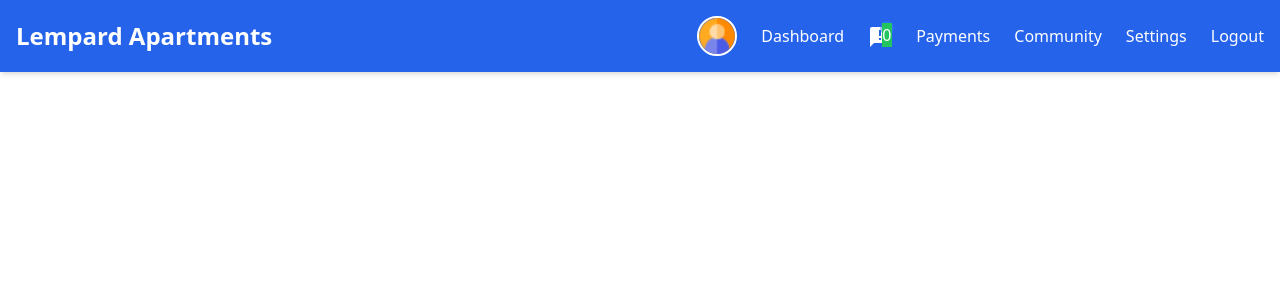
Repository: makanda596/system
Page: /home (app in client/)
These files come from the project's save history. The page is drawn as it stood at one moment and after the next save; the edit follows.
The browser window is 1280 px wide. The pictures show the whole page.
The project was rebuilt for these pictures with package versions that can differ from the ones it lists, and the page was loaded fresh each time. Also part of the build but not shown: client/src/SignUpForm.jsx, client/src/LoginForm.jsx. Imported but missing from the stored project, and not drawn on this page: client/src/reportWebVitals.

Above is the page before, as saved 2024-12-03 09:27:09.

### client/src/App.js
import React from 'react';
import { BrowserRouter as Router, Route, Routes } from 'react-router-dom';
import Home from './Home.jsx'
import SignUpForm from './SignUpForm.jsx'
import LoginForm from './LoginForm.jsx'
function App() {
  return (
    <div>
      <Router>
        <Routes>
          <Route path="/signup" element={<SignUpForm />} />
          <Route path='/' element={<LoginForm />} />
          <Route path='/home' element={<Home />} />
        </Routes>
      </Router>
    </div>
  );
}

export default App;

### client/src/Home.jsx
import React from 'react';
import Navbar from '../src/componets/Navbar'
function Home() {
    return (
        <div>
            <Navbar />
        </div>
    );
}

export default Home;

### client/src/componets/Navbar.jsx
import React, { useState } from 'react';
import { Link } from 'react-router-dom';
import avatar from '../assets/avatar.png'
import AnnouncementIcon from '@mui/icons-material/Announcement';
function Navbar() {
    const handleLogout = () => {
        // Logic for logging out (e.g., clearing session data, tokens, etc.)
        window.location.href = '/login'; // Redirect to the login page after logout
    };
    let alert = 3

    return (
        <nav className="bg-blue-600 shadow-md">
            <div className="max-w-7xl mx-auto px-4 py-4 flex justify-between items-center">
                {/* Logo or Apartment Name */}
                <h1 className="text-white text-2xl font-bold">Lempard Apartments</h1>

                {/* Navbar links */}
                <div className="flex space-x-6 items-center text-white">
                    {/* Profile Picture and Profile Link */}
                    <div className="relative">
                        <img
                            src={avatar} // Replace with actual profile picture URL
                            alt=""
                            className="w-10 h-10 rounded-full border-2 border-white"
                        />
                    </div>

                    {/* Dashboard Link */}
                    <Link to="/dashboard" className="hover:text-blue-300">Dashboard</Link>
                    <div className="relative">
                        <span className="absolute top-0 right-0 inline-block w-2.5 h-2.5 rounded-full ring-2 ">
                            {alert.length > 1 ? <p className='bg-red-500 '>{alert.length} </p> : <p className='bg-green-500 ring-green'>0</p>}
                        </span>
                        <AnnouncementIcon />
                    </div>
                    {/* Payments Link */}
                    <Link to="/payments" className="hover:text-blue-300">Payments</Link>

                    {/* Community Link */}
                    <Link to="/community" className="hover:text-blue-300">Community</Link>

                    {/* Settings Link */}
                    <Link to="/settings" className="hover:text-blue-300">Settings</Link>




                    {/* Logout Button */}
                    <button onClick={handleLogout} className="hover:text-blue-300">Logout</button>
                </div>
            </div>
        </nav>
    );
}

export default Navbar;

Loaded but not shown: client/src/index.js (common file); client/src/index.css (common file); client/tailwind.config.js (common file)

After the next save:
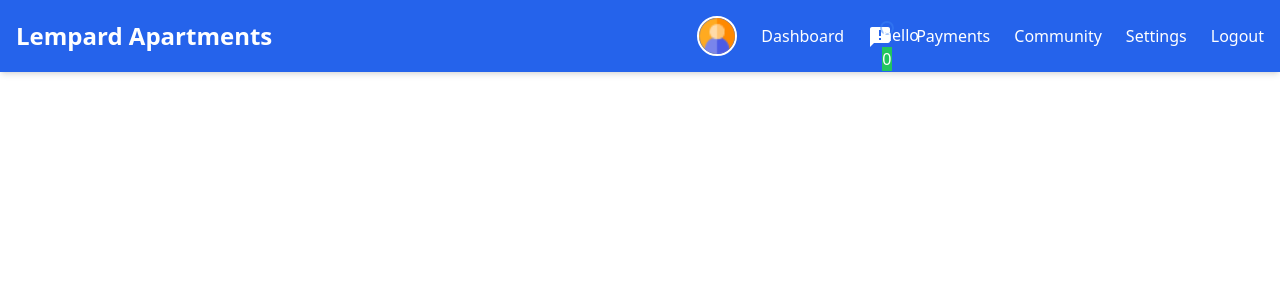
Saved 52 s later.
--- a/client/src/componets/Navbar.jsx
+++ b/client/src/componets/Navbar.jsx
@@ -30,7 +30,7 @@
                     <Link to="/dashboard" className="hover:text-blue-300">Dashboard</Link>
                     <div className="relative">
                         <span className="absolute top-0 right-0 inline-block w-2.5 h-2.5 rounded-full ring-2 ">
-                            {alert.length > 1 ? <p className='bg-red-500 '>{alert.length} </p> : <p className='bg-green-500 ring-green'>0</p>}
+                            hello{alert.length > 1 ? <p className='bg-red-500 '>{alert.length} </p> : <p className='bg-green-500 ring-green'>0</p>}
                         </span>
                         <AnnouncementIcon />
                     </div>

After the save that followed:
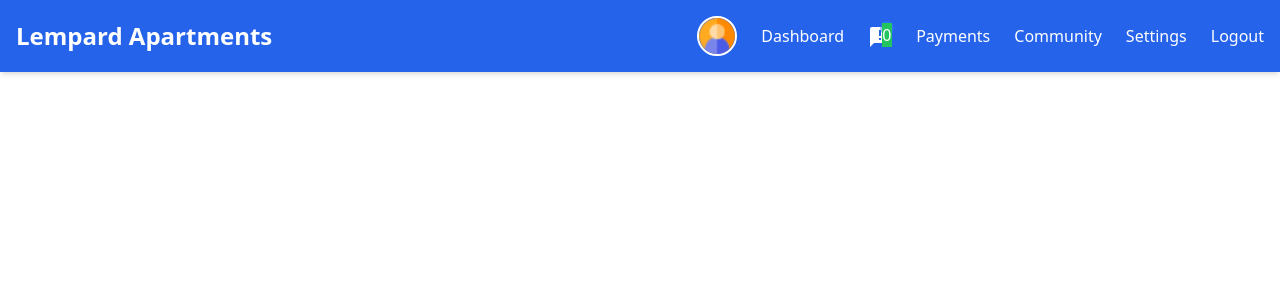
Saved 8 s later.
--- a/client/src/componets/Navbar.jsx
+++ b/client/src/componets/Navbar.jsx
@@ -30,7 +30,7 @@
                     <Link to="/dashboard" className="hover:text-blue-300">Dashboard</Link>
                     <div className="relative">
                         <span className="absolute top-0 right-0 inline-block w-2.5 h-2.5 rounded-full ring-2 ">
-                            hello{alert.length > 1 ? <p className='bg-red-500 '>{alert.length} </p> : <p className='bg-green-500 ring-green'>0</p>}
+                            {alert.length > 1 ? <p className='bg-red-500 '>{alert.length} </p> : <p className='bg-green-500 ring-green'>0</p>}
                         </span>
                         <AnnouncementIcon />
                     </div>
